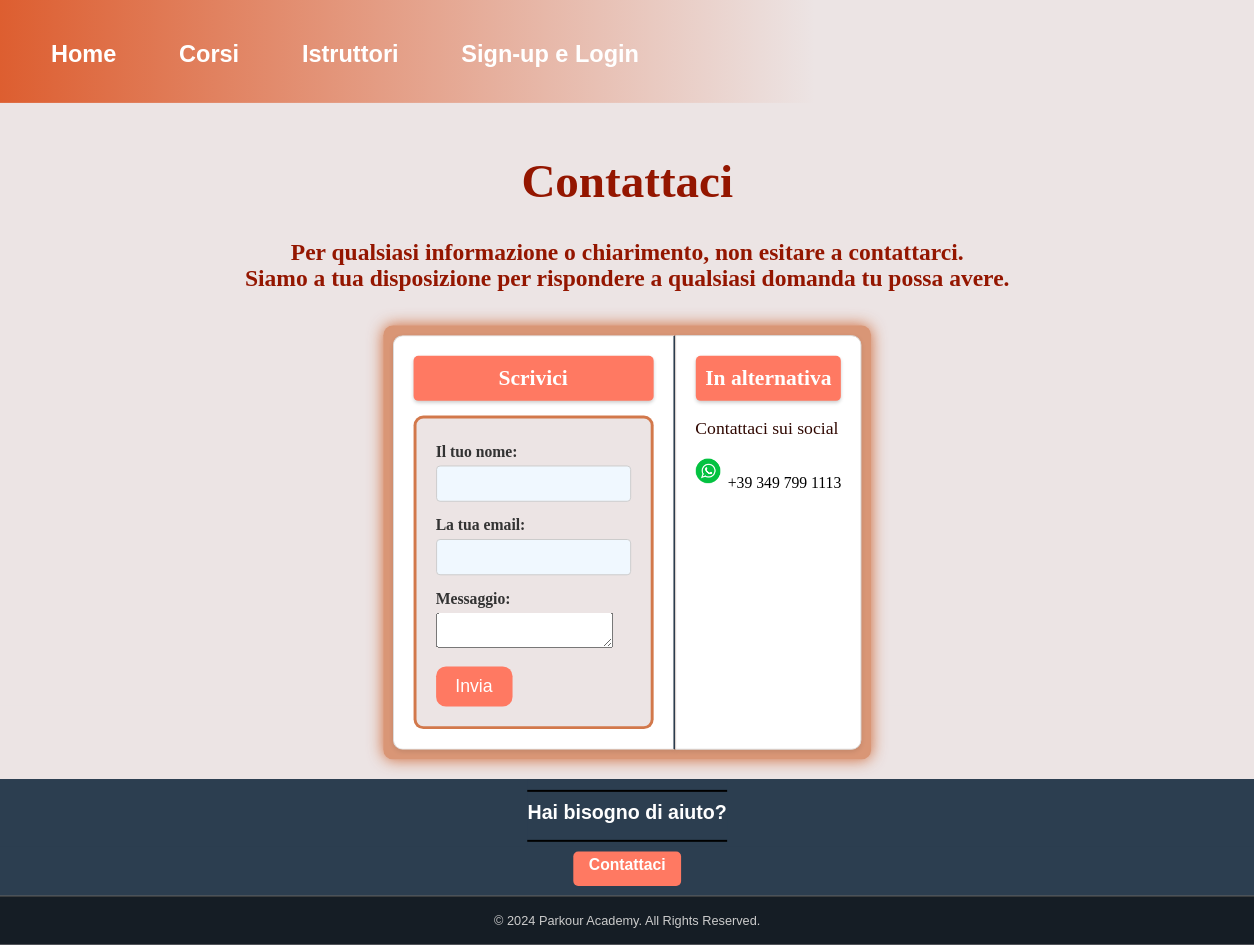
Repository: GiuuGpEEp/TerzoAnnoUni
Page: http://localhost/ContactUs/contact.php
These files come from the project's save history. The page is drawn as it stood at one moment and after a run of saves; the edit follows.
The browser window is 1280 px wide. The pictures show the whole page, at 98% of full size.
The page is run by PHP 8.4 with error messages shown; the project is at /var/www/html/.

Above is the page before, as saved 2025-01-16 17:09:10.

### SAW/Esercizi/Progetto/ContactUs/contact.php
<!DOCTYPE html>
<html lang="it">
<head>
    <title>PA - Contattaci</title>
    <link rel="icon" href="../Logo32.ico" type="image/x-icon">
    <link rel="stylesheet" type="text/css" href="contactStyle.css">
</head>
<body>
    <div class="wrapper">
        <header class="header">
            <?php include '../Navbar/navbar.php'; ?>
        </header>
        <div class="content">
            <div class="title">
                <h1>Contattaci</h1>
                <p>Per qualsiasi informazione o chiarimento, non esitare a contattarci. <br>
                Siamo a tua disposizione per rispondere a qualsiasi domanda tu possa avere.</p>
            </div>
            <div class="contactANDForm">
                <div class="formSection" id="messageFormSection">
                    <div class="formTitle">Scrivici</div>
                    <form class="messageForm" action="contactForm.php" method="post">
                        <label for="name">Il tuo nome:</label>
                        <input type="text" id="name" name="name" required>
                        <label for="email">La tua email:</label>
                        <input type="email" id="email" name="email" required>
                        <label for="message">Messaggio:</label>
                        <textarea id="message" name="message" required></textarea>
                        <div>
                            <input type="submit" class="button" value="Invia">
                        </div>
                    </form>
                </div>
                <div class="formSection" id="contactSection">
                    <div class="formTitle">In alternativa</div>
                    <div class="contactInfo">
                        <p class="contactText"> Contattaci sui social </p>
                        <div class="whatsapp">
                            <img id="waLogo" src= whatsappLogo.png alt="whatsapp" class="waLogo" width="25" height="25">
                            <p class="waText">+39 349 799 1113</p>
                        </div>
                        <div class="facebook">

                        </div>
                    </div>
                </div>
            </div>
        </div>
        <?php include '../Footer/footer.php'; ?>
    </div>
</body>

</html>

### SAW/Esercizi/Progetto/NavBar/NavBar.php
<?php
    if (session_status() === PHP_SESSION_NONE) {
        session_start();
    }
?>

<style>
        .menu {
        display: flex;
        margin-left: auto;
        min-height: 40px;
        max-width: 100%;
        align-items: center;
        background: linear-gradient(to left, transparent 35%, #dd5e30 );
    }

    #main-menu {
        display: flex;
        flex-wrap: wrap;
        font-weight: bold;
        font-size: 32px; /* Increased */
        font-family: Montserrat, sans-serif;
        justify-content: flex-end;
        align-items: center;
        margin-right: 20px;
        margin-left: 20px;
        padding: 0;
        list-style: none;
    }


    .menu-item {
        position: relative;
        margin: 0 20px;
        border: 2px solid transparent;
        border-radius: 5px;
        transition: all 200ms ease-in-out;
    }

    .menu-item:hover {
        border-color: white;
    }

    .menu-link {
        text-decoration: none;
        color: white;
        font-weight: bold;
        padding: 5px 10px;
        transition: color 200ms ease-in-out;
        font-size: 24px; /* Increased */
    }

    .menu-link:hover {
        color: #502915;
    }

    .menu-item.active {
        border-color: white;
    }

</style>

<script>
    function goHome(){
        window.location.href = "../index/index.php";
    }
</script>

<nav class="menu">
    <ul id="main-menu">
        <li class="menu-item">
            <a class="menu-link" onclick="goHome()">Home</a>
        </li>
        <li class="menu-item">
            <a class="menu-link" href="/corsi">Corsi</a>
        </li>
        <li class="menu-item">
            <a class="menu-link" href="/istruttori">Istruttori</a>
        </li>
        <li class="menu-item">
            <?php if(isset($_SESSION['username'])){
                echo "<a class='menu-link' href='../ShowProfile/show_profile.php'> Profilo </a>";
            }else{
                echo "<a class='menu-link' href='../Registration-login/Form.php'> Sign-up e Login </a>";
            }
            ?>
        </li>
    </ul>
</nav>

### SAW/Esercizi/Progetto/Footer/footer.php
<style>

    .Sfooter {
        color: #fff;
        text-align: center;
        font-family: Arial, sans-serif;
        margin: 0;
        width: 100%;
    }

    .footerContent {
        width: 100%;
        margin-bottom: 20px;
        background-color: #2c3e50;
        margin: 0;
        flex-shrink: 0;
    }

    #footerButton{
        font-size: 16px;
        font-weight: bold;
        padding: 5px;
        margin-top: 5px;
        margin-bottom: 10px;
        width: 100px;
        height: 25px;
        border-radius: 5px;
        float: none;
    }

    #footerTitle{
        position: relative;
        font-size: 20px;
        font-weight: bold;
        text-align: center;
        background-color: #2c3e50;
        display: inline-block;
    }

    #footerTitle::before, #footerTitle::after {
        content: "";
        display: inline-block;
        width: 100%;
        height: 2px;
        background-color: rgb(0, 0, 0);
    }

    #footerTitle::before{
        margin-bottom: 5px;
    }

    #footerCopy {
        font-size: 13px ;
        border-top: 1px solid #4a4a4a;
        padding: 4px;
        background-color: #151d25;
        color: #ccc;
    }

</style>

<footer class="Sfooter">
    <div class="footerContent">
        <p class="footerContent"><span id="footerTitle">Hai bisogno di aiuto?</span></p>
        <a id="footerButton" class="button" href="../ContactUs/contact.php" type="button">Contattaci</a>
    </div>
    <div id="footerCopy">
        <p>© 2024 Parkour Academy. All Rights Reserved.</p>
    </div>
</footer>

### SAW/Esercizi/Progetto/ContactUs/contactStyle.css
html, body {
    background-color: #ece4e4;
    height: 100%;
    margin: 0;
    padding: 0;
    box-sizing: border-box;
    display: flex;
    flex-direction: column;
}

.wrapper {
    display: flex;
    flex-direction: column;
    min-height: 100%;
}

.content {
    flex: 1;
    padding: 20px;
    text-align: center;
}

.title{
    font-size: 24px;
    font-weight: bold;
    color: #941600;
    margin-bottom: 20px;
}

.button {
    background-color: #ff7962; /* Arancione */
    border: none;
    color: white;
    text-align: center;
    text-decoration: none;
    display: inline-block;
    font-size: 18px;
    margin-top: 15px;
    border-radius: 10px;
    padding: 10px 20px;
    font-family: Montserrat, sans-serif;
    transition: background-color 0.3s ease;
}

.button:hover {
    background-color: #941600; /* Arancione scuro */
}

.formTitle {
    font-size: 22px;
    font-weight: bold;
    color: #555;
    text-align: center;
    margin-bottom: 15px;
    padding: 10px;
    background-color: #ff7962;
    color: white;
    border-radius: 5px;
    box-shadow: 0 2px 4px rgba(0, 0, 0, 0.2);
}

.contactANDForm{
    background-color: rgb(200,74,11,0.5);
    display: inline-flex;
    margin-top: 10px;
    text-align: justify;
    box-shadow: 0 0 15px rgba(200, 74, 11, 0.8);
    border-radius: 10px;
    padding: 10px;
}

.formSection {
    margin: 0px;
    padding: 20px;
    background-color: #ffffff;
    border: 1px solid #ddd;
    box-shadow: 0 2px 5px rgba(0, 0, 0, 0.1);
}

#messageFormSection{
    border-radius: 10px 0 0 10px;
    border-right: 2px solid #2c3e50;
}

.messageForm {
    width: 100%;
    padding: 20px;
    box-sizing: border-box;
    margin-right: 0px;
    border: 3px solid rgba(200, 74, 11, 0.7);
    background-color: #ece4e4;
    border-radius: 10px;
}

input[type="text"], input[type="password"], input[type="email"] {
    width: 100%;
    padding: 10px;
    border: 1px solid #ccc;
    border-radius: 4px;
    box-sizing: border-box;

   /* Include padding e border nella larghezza */
    margin-bottom: 10px;
    background-color: #f0f8ff;
}

label {
    display: block;
    margin-bottom: 5px;
    margin-top: 5px;
    color: #333;
    font-weight: bold;
}

textarea{
    resize: both;
    max-width: 200px;
    max-height: 50px;
}

#contactSection{
    border-radius: 0 10px 10px 0;
}

.contactText{
    font-size: 18px;
    color: #2f0701;
    margin-bottom: 20px;
    text-align: justify;
}

.waText{
    float: right;
}

.waLogo{
    float: left;
}

After the next 3 saves:
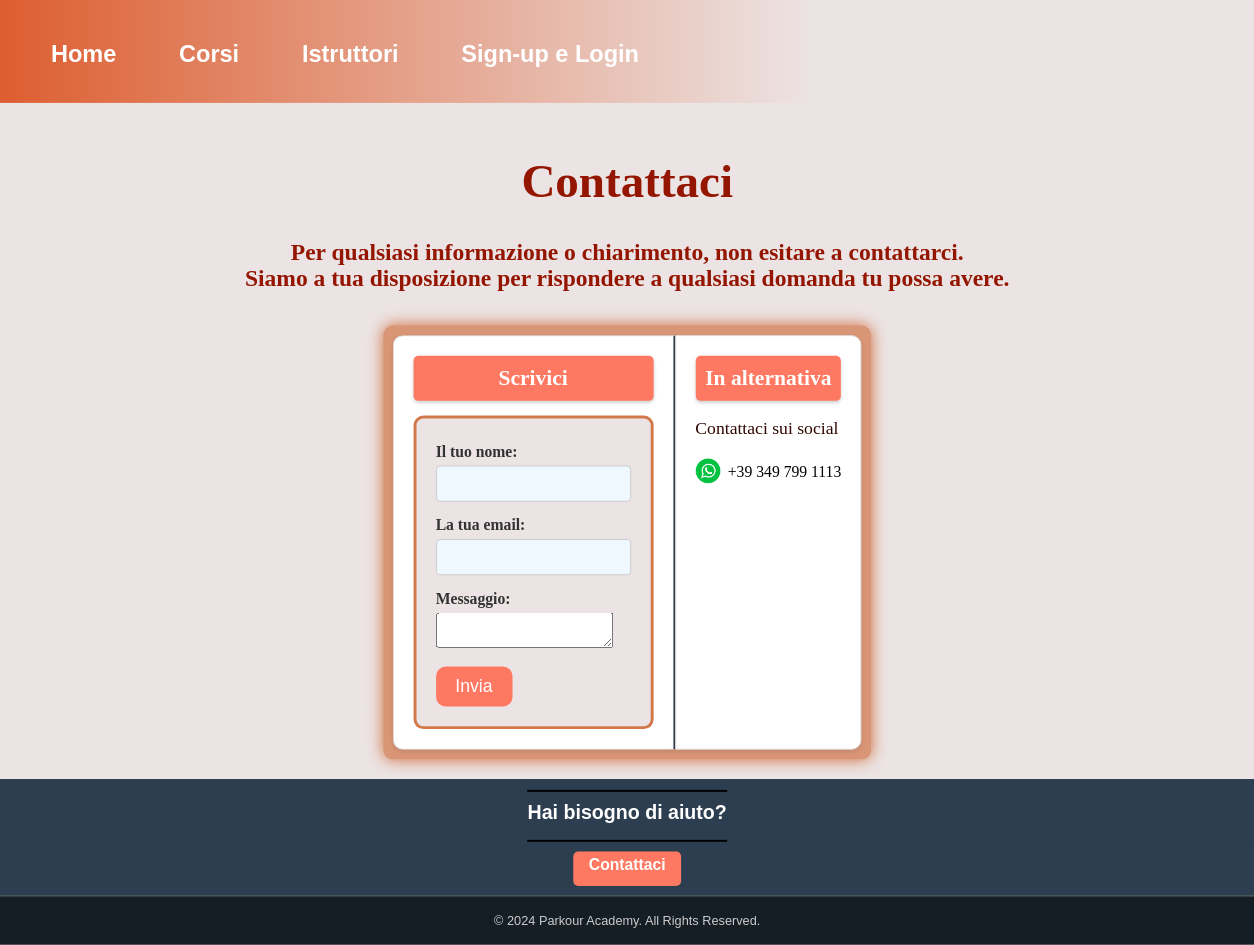
The 3 saves are shown as one change because they came seconds apart.
The last was saved 37 s later.
--- a/SAW/Esercizi/Progetto/ContactUs/contactStyle.css
+++ b/SAW/Esercizi/Progetto/ContactUs/contactStyle.css
@@ -131,6 +131,7 @@ textarea{
 
 .waText{
     float: right;
+    margin-top: 5px
 }
 
 .waLogo{
